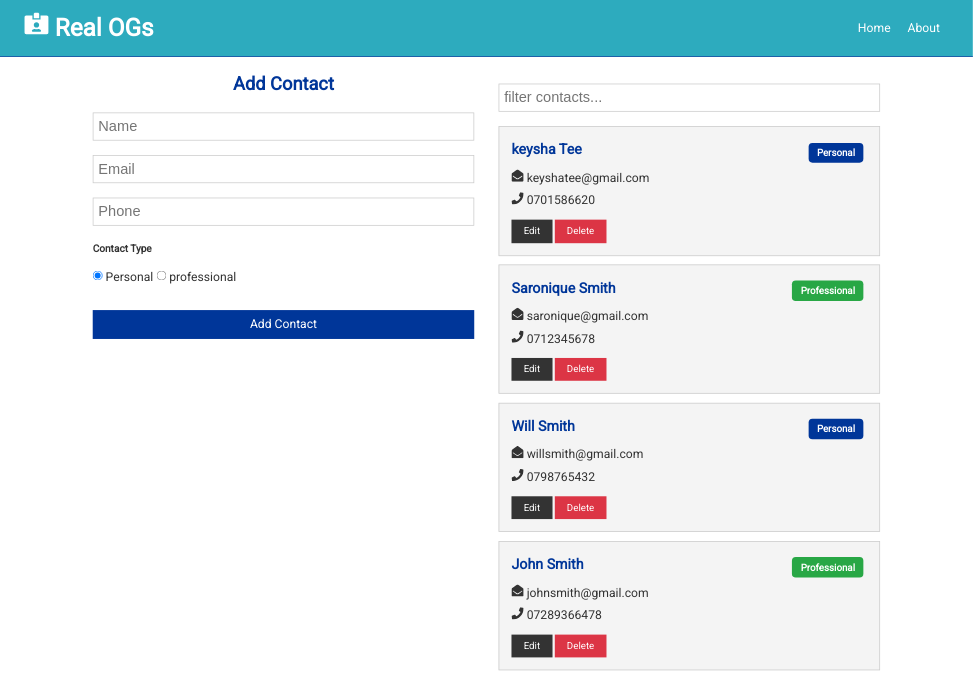
Repository: aaronmatei/contact-keeper
Page: / (app in client/)
These files come from the project's save history. The page is drawn as it stood at one moment and after the next save; the edit follows.
The browser window is 1280 px wide. The pictures show the whole page, at 76% of full size.
The project was rebuilt for these pictures with package versions that can differ from the ones it lists, and the page was loaded fresh each time. A package was used in the major version that the imports need, not the one package.json lists. Also part of the build but not shown: client/src/components/pages/About.jsx.

Above is the page before, as saved 2019-12-02 10:35:46.

### client/public/index.html
<!DOCTYPE html>
<html lang="en">
  <head>
    <meta charset="utf-8" />
    <link rel="icon" href="%PUBLIC_URL%/favicon.ico" />
    <meta name="viewport" content="width=device-width, initial-scale=1" />
    <meta name="theme-color" content="#000000" />
    <meta
      name="description"
      content="Web site created using create-react-app"
    />
    <link rel="apple-touch-icon" href="logo192.png" />
    <!--
      manifest.json provides metadata used when your web app is installed on a
      user's mobile device or desktop. See https://developers.google.com/web/fundamentals/web-app-manifest/
    -->
    <link rel="manifest" href="%PUBLIC_URL%/manifest.json" />
    <!--
      Notice the use of %PUBLIC_URL% in the tags above.
      It will be replaced with the URL of the `public` folder during the build.
      Only files inside the `public` folder can be referenced from the HTML.

      Unlike "/favicon.ico" or "favicon.ico", "%PUBLIC_URL%/favicon.ico" will
      work correctly both with client-side routing and a non-root public URL.
      Learn how to configure a non-root public URL by running `npm run build`.
    -->
    <title>Real OGs</title>
  </head>
  <body>
    <noscript>You need to enable JavaScript to run this app.</noscript>
    <div id="root"></div>
    <!--
      This HTML file is a template.
      If you open it directly in the browser, you will see an empty page.

      You can add webfonts, meta tags, or analytics to this file.
      The build step will place the bundled scripts into the <body> tag.

      To begin the development, run `npm start` or `yarn start`.
      To create a production bundle, use `npm run build` or `yarn build`.
    -->
  </body>
</html>

### client/src/App.js
import React, { Fragment } from 'react';
import './App.css';
import Navbar from './components/layout/Navbar';
import { BrowserRouter as Router, Route, Switch } from 'react-router-dom';
import Home from './components/pages/Home';
import About from './components/pages/About';
import ContactState from './context/contact/ContactState';

const App = () => {
	return (
		<ContactState>
			<Router>
				<Fragment>
					<Navbar />
					<div className='container'>
						<Switch>
							<Route exact path='/' component={Home} />
							<Route exact path='/about' component={About} />
						</Switch>
					</div>
				</Fragment>
			</Router>
		</ContactState>
	);
};

export default App;

### client/src/App.css
@import url('https://fonts.googleapis.com/css?family=Roboto');

/* Global Styles */
:root {
  --primary-color: #003699;
  --dark-color: #333333;
  --light-color: #f4f4f4;
  --danger-color: #dc3545;
  --success-color: #28a745;
  --info-color: #17a2b8;
}

* {
  box-sizing: border-box;
  margin: 0;
  padding: 0;
}

body {
  font-family: 'Roboto', sans-serif;
  font-size: 1rem;
  line-height: 1.6;
  background-color: #fff;
  color: #333;
}

a {
  color: var(--primary-color);
  text-decoration: none;
}

a:hover {
  color: #666;
}

ul {
  list-style: none;
}

img {
  width: 100%;
}

/* Utilities */
.container {
  max-width: 1100px;
  margin: auto;
  overflow: hidden;
  padding: 0 2rem;
}

/* Text Styles*/
.x-large {
  font-size: 4rem;
  line-height: 1.2;
  margin-bottom: 1rem;
}

.large {
  font-size: 3rem;
  line-height: 1.2;
  margin-bottom: 1rem;
}

.lead {
  font-size: 1.5rem;
  margin-bottom: 1rem;
}

.text-center {
  text-align: center;
}

.text-primary {
  color: var(--primary-color);
}

.text-dark {
  color: var(--dark-color);
}

.text-center {
  text-align: center;
}

.text-right {
  text-align: right;
}

.text-left {
  text-align: left;
}

/* Cards */
.card {
  padding: 1rem;
  border: #ccc 1px dotted;
  margin: 0.7rem 0;
}

/* List */
.list {
  margin: 0.5rem 0;
}

.list li {
  padding-bottom: 0.3rem;
}

/* Padding */
.p {
  padding: 0.5rem;
}

.p-1 {
  padding: 1rem;
}

.p-2 {
  padding: 2rem;
}

.p-3 {
  padding: 3rem;
}

.py {
  padding: 0.5rem 0;
}

.py-1 {
  padding: 1rem 0;
}

.py-2 {
  padding: 2rem 0;
}

.py-3 {
  padding: 3rem 0;
}

/* Margin */
.m {
  margin: 0.5rem;
}

.m-1 {
  margin: 1rem;
}

.m-2 {
  margin: 2rem;
}

.m-3 {
  margin: 3rem;
}

.my {
  margin: 0.5rem 0;
}

.my-1 {
  margin: 1rem 0;
}

.my-2 {
  margin: 2rem 0;
}

.my-3 {
  margin: 3rem 0;
}

/* Grid */
.grid-2 {
  display: grid;
  grid-template-columns: repeat(2, 1fr);
  grid-gap: 2rem;
}

.grid-3 {
  display: grid;
  grid-template-columns: repeat(3, 1fr);
  grid-gap: 1rem;
}

.grid-4 {
  display: grid;
  grid-template-columns: repeat(4, 1fr);
  grid-gap: 2rem;
}

.grid-2-3 {
  display: grid;
  grid-template-columns: 2fr 3fr;
  grid-gap: 2rem;
}

.btn {
  display: inline-block;
  background: var(--light-color);
  color: #333;
  padding: 0.4rem 1.3rem;
  font-size: 1rem;
  border: none;
  cursor: pointer;
  margin-right: 0.5rem;
  transition: opacity 0.2s ease-in;
  outline: none;
}

.btn-link {
  background: none;
  padding: 0;
  margin: 0;
}

.btn-block {
  display: block;
  width: 100%;
}

.btn-sm {
  font-size: 0.8rem;
  padding: 0.3rem 1rem;
  margin-right: 0.2rem;
}

.badge {
  font-size: 0.8rem;
  padding: 0.2rem 0.7rem;
  text-align: center;
  margin: 0.3rem;
  background: var(--light-color);
  color: #333;
  border-radius: 5px;
}

.alert {
  padding: 0.7rem;
  margin: 1rem 0;
  opacity: 0.9;
  background: var(--light-color);
  color: #333;
}

.btn-primary,
.bg-primary,
.badge-primary,
.alert-primary {
  background: var(--primary-color);
  color: #fff;
}

.bg-info {
  background: var(--info-color);
  color: #fff;
}

.btn-light,
.bg-light,
.badge-light,
.alert-light {
  background: var(--light-color);
  color: #333;
}

.btn-dark,
.bg-dark,
.badge-dark,
.alert-dark {
  background: var(--dark-color);
  color: #fff;
}

.btn-danger,
.bg-danger,
.badge-danger,
.alert-danger {
  background: var(--danger-color);
  color: #fff;
}

.btn-success,
.bg-success,
.badge-success,
.alert-success {
  background: var(--success-color);
  color: #fff;
}

.btn-white,
.bg-white,
.badge-white,
.alert-white {
  background: #fff;
  color: #333;
  border: #ccc solid 1px;
}

.btn:hover {
  opacity: 0.8;
}

.bg-light,
.badge-light {
  border: #ccc solid 1px;
}

.round-img {
  border-radius: 50%;
}

/* Forms */
input {
  margin: 1.2rem 0;
}

.form-text {
  display: block;
  margin-top: 0.3rem;
  color: #888;
}

input[type='text'],
input[type='email'],
input[type='password'],
input[type='date'],
select,
textarea {
  display: block;
  width: 100%;
  padding: 0.4rem;
  font-size: 1.2rem;
  border: 1px solid #ccc;
}

input[type='submit'],
button {
  font: inherit;
}

.form-group {
  margin: 1.2rem 0;
}

.form-group input {
  margin: 0.2rem 0;
}

.form-container {
  max-width: 500px;
  margin: 2rem auto;
  overflow: hidden;
  padding: 0 2rem;
}

.form-container h1,
h2,
h3 {
  text-align: center;
}

table th,
table td {
  padding: 1rem;
  text-align: left;
}

table th {
  background: var(--light-color);
}

/* Navbar */
.navbar {
  display: flex;
  justify-content: space-between;
  align-items: center;
  padding: 0.7rem 2rem;
  z-index: 1;
  width: 100%;
  border-bottom: solid 1px var(--primary-color);
  opacity: 0.9;
  margin-bottom: 1rem;
}

.navbar ul {
  display: flex;
}

.navbar a {
  color: #fff;
  padding: 0.45rem;
  margin: 0 0.25rem;
}

.navbar a:hover {
  color: var(--light-color);
}

.navbar .welcome span {
  margin-right: 0.6rem;
}

/* Animation (Add After) */
.item-enter {
  opacity: 0;
}

.item-enter-active {
  opacity: 1;
  transition: opacity 1000ms ease-in;
}

.item-exit {
  opacity: 1;
}

.item-exit-active {
  opacity: 0;
  transition: opacity 1000ms ease-in;
}

/* Mobile Styles */
@media (max-width: 700px) {
  .hide-sm {
    display: none;
  }

  .grid-2,
  .grid-3,
  .grid-4 {
    grid-template-columns: 1fr;
  }

  /* Text Styles */
  .x-large {
    font-size: 3rem;
  }

  .large {
    font-size: 2rem;
  }

  .lead {
    font-size: 1rem;
  }

  /* Navbar */
  .navbar {
    display: block;
    text-align: center;
  }

  .navbar h1 {
    margin-bottom: 0.6rem;
  }

  .navbar ul {
    text-align: center;
    justify-content: center;
  }
}

### client/src/components/layout/Navbar.jsx
import React from 'react';
import PropTypes from 'prop-types';
import { Link } from 'react-router-dom';
import { FaIdCardAlt } from 'react-icons/fa';

const Navbar = ({ title, icon }) => {
	return (
		<div className='navbar bg-info'>
			<h1>
				<FaIdCardAlt /> {title}
			</h1>
			<ul>
				<li>
					<Link to='/'>Home</Link>
				</li>
				<li>
					<Link to='/about'>About</Link>
				</li>
			</ul>
		</div>
	);
};
Navbar.propTypes = {
	title: PropTypes.string.isRequired,
	icon: PropTypes.object,
};
Navbar.defaultProps = {
	title: 'Real OGs',
	icon: <FaIdCardAlt />,
};
export default Navbar;

### client/src/components/pages/Home.jsx
import React from 'react';
import Contacts from '../contacts/Contacts';
import ContactForm from '../contacts/ContactForm';
import ContactFilter from '../contacts/ContactFilter';

const Home = () => {
	return (
		<div className='grid-2'>
			<div>
				<ContactForm />
			</div>
			<div>
				<ContactFilter />
				<Contacts />
			</div>
		</div>
	);
};
export default Home;

### client/src/context/contact/ContactState.jsx
import React, { useReducer } from 'react';
import uuid from 'uuid';
import ContactReducer from './contactReducer';
import ContactContext from './contactContext';
import {
	ADD_CONTACT,
	DELETE_CONTACT,
	SET_CURRENT,
	CLEAR_CURRENT,
	UPDATE_CONTACT,
	FILTER_CONTACTS,
	CLEAR_FILTER,
} from '../types';

const ContactState = props => {
	const initialState = {
		contacts: [
			{
				type: 'personal',
				id: '1',
				name: 'keysha Tee',
				email: 'keyshatee@gmail.com',
				phone: '0701586620',
				user: '5de016e2c052b23c794864df',
				date: '2019-11-28T20:17:03.092Z',
			},
			{
				type: 'professional',
				id: '2',
				name: 'Saronique Smith',
				email: 'saronique@gmail.com',
				phone: '0712345678',
				user: '5de016e2c052b23c794864df',
				date: '2019-11-28T20:16:11.208Z',
			},
			{
				type: 'personal',
				id: '3',
				name: 'Will Smith',
				email: 'willsmith@gmail.com',
				phone: '0798765432',
				user: '5de016e2c052b23c794864df',
				date: '2019-11-28T20:16:11.208Z',
			},
			{
				type: 'professional',
				id: '4',
				name: 'John Smith',
				email: 'johnsmith@gmail.com',
				phone: '07289366478',
				user: '5de016e2c052b23c794864df',
				date: '2019-11-28T20:16:11.208Z',
			},
		],
		current: null,
		filtered: null,
	};

	const [state, dispatch] = useReducer(ContactReducer, initialState);
	// Add contact
	const addContact = contact => {
		contact.id = uuid.v4();
		dispatch({
			type: ADD_CONTACT,
			payload: contact,
		});
	};
	// Delete contact
	const deleteContact = id => {
		dispatch({
			type: DELETE_CONTACT,
			payload: id,
		});
	};
	// Set Current contact
	const setCurrent = contact => {
		dispatch({
			type: SET_CURRENT,
			payload: contact,
		});
	};
	// Clear current Contact
	const clearCurrent = () => {
		dispatch({
			type: CLEAR_CURRENT,
			payload: null,
		});
	};
	// Update Contact
	const updateContact = contact => {
		dispatch({
			type: UPDATE_CONTACT,
			payload: contact,
		});
	};
	// Filter contacts
	const filterContacts = text => {
		dispatch({
			type: FILTER_CONTACTS,
			payload: text,
		});
	};
	//Clear filter
	const clearFilter = () => {
		dispatch({
			type: CLEAR_FILTER,
			payload: null,
		});
	};
	return (
		<ContactContext.Provider
			value={{
				contacts: state.contacts,
				current: state.current,
				addContact,
				deleteContact,
				setCurrent,
				clearCurrent,
				updateContact,
				filtered: state.filtered,
				filterContacts,
				clearFilter,
			}}
		>
			{props.children}
		</ContactContext.Provider>
	);
};

export default ContactState;

### client/src/components/contacts/Contacts.jsx
import React, { useContext, Fragment } from 'react';
import ContactContext from '../../context/contact/contactContext';
import ContactItem from './ContactItem';

const Contacts = () => {
	const contactContext = useContext(ContactContext);
	const { contacts, filtered } = contactContext;
	if (contacts.length == 0) {
		return <h1>Please add a contact</h1>;
	}
	return (
		<Fragment>
			{contacts.map(contact => (
				<ContactItem key={contact.id} contact={contact} />
			))}
		</Fragment>
	);
};
export default Contacts;

### client/src/components/contacts/ContactForm.jsx
import React, { useState, useContext, useEffect } from 'react';
import ContactContext from '../../context/contact/contactContext';

const ContactForm = () => {
	const contactContext = useContext(ContactContext);
	const { addContact, current, clearCurrent, updateContact } = contactContext;
	useEffect(() => {
		if (current !== null) {
			setContact(current);
		} else {
			setContact({
				name: '',
				email: '',
				phone: '',
				type: 'personal',
			});
		}
	}, [contactContext, current]);
	const [contact, setContact] = useState({
		name: '',
		email: '',
		phone: '',
		type: 'personal',
	});
	const { name, email, phone, type } = contact;
	const onChange = e => setContact({ ...contact, [e.target.name]: e.target.value });
	const onSubmit = e => {
		e.preventDefault();
		if (current === null) {
			addContact(contact);
		} else {
			updateContact(contact);
		}
		clearAll();
	};
	const clearAll = () => {
		clearCurrent();
	};
	return (
		<form onSubmit={onSubmit}>
			<h2 className='text-primary'>{current ? 'Edit Contact' : 'Add Contact'}</h2>
			<input type='text' name='name' placeholder='Name' value={name} onChange={onChange} />
			<input type='text' name='email' placeholder='Email' value={email} onChange={onChange} />
			<input type='text' name='phone' placeholder='Phone' value={phone} onChange={onChange} />
			<h5>Contact Type</h5>
			<input type='radio' name='type' value='personal' checked={type === 'personal'} onChange={onChange} />{' '}
			Personal{' '}
			<input
				type='radio'
				name='type'
				value='professional'
				checked={type === 'professional'}
				onChange={onChange}
			/>{' '}
			professional{' '}
			<div>
				<input
					type='submit'
					value={current ? 'Update Contact' : 'Add Contact'}
					className='btn btn-primary btn-block'
				/>
			</div>
			{current && (
				<div>
					<button className='btn btn-light btn-block' onClick={clearAll}>
						Clear
					</button>
				</div>
			)}
		</form>
	);
};
export default ContactForm;

### client/src/components/contacts/ContactFilter.jsx
import React, { useContext, useRef, useEffect } from 'react';
import ContactContext from '../../context/contact/contactContext';

const ContactFilter = () => {
	const contactContext = useContext(ContactContext);
	const { filterContacts, clearFilter, filtered } = contactContext;
	const text = useRef('');
	useEffect(() => {
		if (filtered === null) {
			text.current.value = '';
		}
	});
	const onChange = e => {
		if (text.current.value !== '') {
			filterContacts(e.target.value);
		} else {
			clearFilter();
		}
	};
	return (
		<form>
			<input ref={text} type='text' placeholder='filter contacts...' onChange={onChange} />
		</form>
	);
};
export default ContactFilter;

### client/src/context/contact/contactReducer.jsx
import {
	ADD_CONTACT,
	DELETE_CONTACT,
	SET_CURRENT,
	CLEAR_CURRENT,
	UPDATE_CONTACT,
	FILTER_CONTACTS,
	CLEAR_FILTER,
} from '../types';

export default (state, action) => {
	switch (action.type) {
		case ADD_CONTACT:
			return {
				...state,
				contacts: [...state.contacts, action.payload],
			};
		case UPDATE_CONTACT:
			return {
				...state,
				contacts: state.contacts.map(contact => (contact.id === action.payload.id ? action.payload : contact)),
			};
		case DELETE_CONTACT:
			return {
				...state,
				contacts: state.contacts.filter(contact => contact.id !== action.payload),
			};
		case SET_CURRENT:
			return {
				...state,
				current: action.payload,
			};
		case CLEAR_CURRENT:
			return {
				...state,
				current: action.payload,
			};
		case FILTER_CONTACTS:
			return {
				...state,
				filtered: state.contacts.filter(contact => {
					const regex = new RegExp(`${action.payload}`, 'gi');
					return contact.name.match(regex) || contact.name.match(regex);
				}),
			};
		case CLEAR_FILTER:
			return {
				...state,
				filtered: action.payload,
			};
		default:
			return state;
	}
};

### client/src/context/contact/contactContext.jsx
import { createContext } from 'react';
const ContactContext = createContext();

export default ContactContext;

### client/src/context/types.jsx
export const GET_CONTACTS = 'GET_CONTACTS';
export const ADD_CONTACT = 'ADD_CONTACT';
export const DELETE_CONTACT = 'DELETE_CONTACT';
export const SET_CURRENT = 'SET_CURRENT';
export const CLEAR_CURRENT = 'CLEAR_CURRENT';
export const UPDATE_CONTACT = 'UPDATE_CONTACT';
export const FILTER_CONTACTS = 'FILTER_CONTACTS';
export const CLEAR_CONTACTS = 'CLEAR_CONTACTS';
export const CLEAR_FILTER = 'CLEAR_FILTER';
export const CONTACT_ERROR = 'CONTACT_ERROR';
export const SET_ALERT = 'SET_ALERT';
export const REMOVE_ALERT = 'REMOVE_ALERT';
export const REGISTER_SUCCESS = 'REGISTER_SUCCESS';
export const REGISTER_FAIL = 'REGISTER_FAIL';
export const USER_LOADED = 'USER_LOADED';
export const AUTH_ERROR = 'AUTH_ERROR';
export const LOGIN_SUCCESS = 'LOGIN_SUCCESS';
export const LOGIN_FAIL = 'LOGIN_FAIL';
export const LOGOUT = 'LOGOUT';
export const CLEAR_ERRORS = 'CLEAR_ERRORS';

### client/src/components/contacts/ContactItem.jsx
import React, { useContext } from 'react';
import PropTypes from 'prop-types';
import { FaEnvelopeOpen, FaPhone } from 'react-icons/fa';
import ContactContext from '../../context/contact/contactContext';

const ContactItem = ({ contact }) => {
	const contactContext = useContext(ContactContext);
	const { deleteContact, setCurrent, clearCurrent } = contactContext;
	const { id, name, email, phone, type } = contact;
	const onClickDelete = () => {
		deleteContact(id);
		clearCurrent();
	};

	return (
		<div className='card bg-light'>
			<h3 className='text-primary text-left'>
				{name}
				{'  '}
				<span
					style={{ float: 'right' }}
					className={'badge ' + (type === 'professional' ? 'badge-success' : 'badge-primary')}
				>
					{type.charAt(0).toUpperCase() + type.slice(1)}
				</span>
			</h3>
			<ul className='list'>
				{email && (
					<li>
						<FaEnvelopeOpen /> {email}
					</li>
				)}
				{phone && (
					<li>
						<FaPhone /> {phone}
					</li>
				)}
			</ul>
			<p>
				<button className='btn btn-dark btn-sm' onClick={() => setCurrent(contact)}>
					Edit
				</button>
				<button className='btn btn-danger btn-sm' onClick={onClickDelete}>
					Delete
				</button>
			</p>
		</div>
	);
};
ContactItem.propTypes = {
	contact: PropTypes.object.isRequired,
};
export default ContactItem;

Loaded but not shown: client/src/index.js (common file)

After the next save:
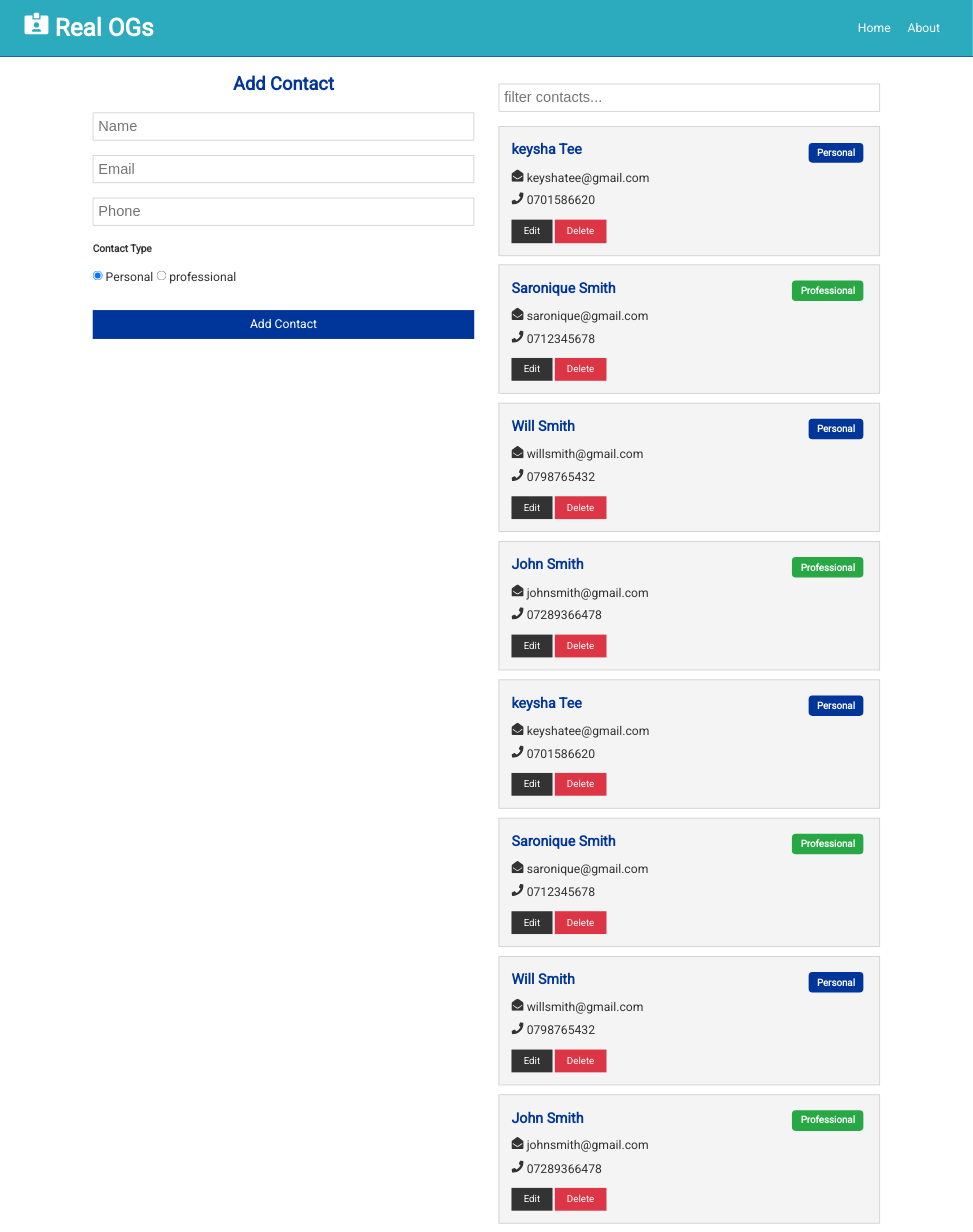
Saved 2 min 16 s later.
--- a/client/src/components/contacts/Contacts.jsx
+++ b/client/src/components/contacts/Contacts.jsx
@@ -10,6 +10,10 @@
 	}
 	return (
 		<Fragment>
+			{filtered !== null
+				? filtered.map(contact => <ContactItem key={contact.id} contact={contact} />)
+				: contacts.map(contact => <ContactItem key={contact.id} contact={contact} />)}
+
 			{contacts.map(contact => (
 				<ContactItem key={contact.id} contact={contact} />
 			))}

After the save that followed:
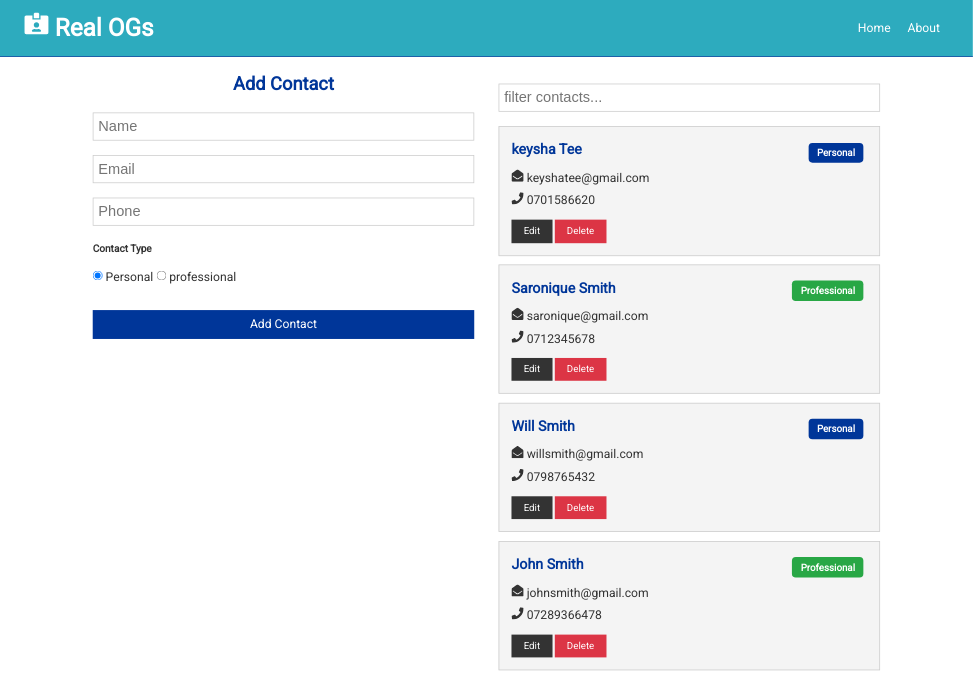
Saved 7 s later.
--- a/client/src/components/contacts/Contacts.jsx
+++ b/client/src/components/contacts/Contacts.jsx
@@ -13,10 +13,6 @@
 			{filtered !== null
 				? filtered.map(contact => <ContactItem key={contact.id} contact={contact} />)
 				: contacts.map(contact => <ContactItem key={contact.id} contact={contact} />)}
-
-			{contacts.map(contact => (
-				<ContactItem key={contact.id} contact={contact} />
-			))}
 		</Fragment>
 	);
 };
